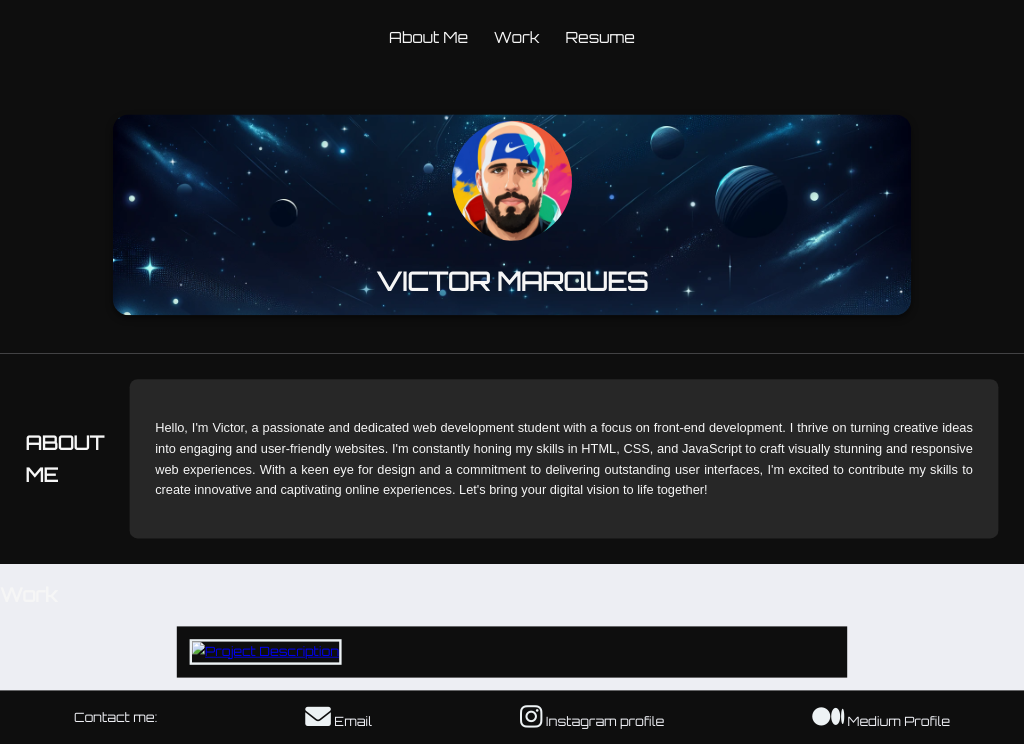
Repository: uvee35/Challenge2-Victor
Page: index.html
The author's editor kept a copy of each file at every save. The page is drawn from the files as they stood at one save, then again after the next save.
The browser window is 1280 px wide. The pictures show the whole page, at 80% of full size.

Above is the page before, as saved 2023-12-12 20:06:09.
Not found: Challenge2-Victor/assets/02-run-buddy.jpg

### index.html
<!DOCTYPE html>
<html lang="en-gb">
  <head>
    <meta charset="UTF-8" />
    <meta name="viewport" content="width=device-width, initial-scale=1.0" />
    <meta http-equiv="X-UA-Compatible" content="ie=edge" />
    <title>Victor Marques Portfolio</title>
    <link rel="stylesheet" href="assets/style.css" />
    <link
      href="https://cdnjs.cloudflare.com/ajax/libs/font-awesome/6.0.0-beta3/css/all.min.css"
      rel="stylesheet"
    />
    <link
      href="https://fonts.googleapis.com/css?family=Orbitron&display=swap"
      rel="stylesheet"
    />
  </head>

  <body>
    <header class="header">
      <nav class="header__nav">
        <ul class="nav__list">
          <li class="nav__item">
            <a href="#about-me" class="nav__link">About Me</a>
          </li>
          <li class="nav__item"><a href="#work" class="nav__link">Work</a></li>
          <li class="nav__item">
            <a href="#resume" class="nav__link">Resume</a>
          </li>
        </ul>
      </nav>
    </header>

    <section class="hero-banner">
      <div class="hero-banner__content">
        <img src="..///assets/victor.JPG" alt="Victor" class="about__image" />
        <h1>VICTOR MARQUES</h1>
      </div>
    </section>

    <main class="page-wrapper">
      <section id="about-me"></section>
      <section class="about-section">
        <h2 class="about-title">ABOUT ME</h2>
        <div class="about-box">
          <p class="about-me-text">
            Hello, I'm Victor, a passionate and dedicated web development
            student with a focus on front-end development. I thrive on turning
            creative ideas into engaging and user-friendly websites. I'm
            constantly honing my skills in HTML, CSS, and JavaScript to craft
            visually stunning and responsive web experiences. With a keen eye
            for design and a commitment to delivering outstanding user
            interfaces, I'm excited to contribute my skills to create innovative
            and captivating online experiences. Let's bring your digital vision
            to life together!
          </p>
        </div>
      </section>

      <section class="page-section" id="work">
        <h2>Work</h2>
        <div class="work__projects">
          <!-- Link wrapping the image -->
          <a href="your-destination-url" class="project project--featured">
            <img
              src="../Challenge2-Victor/assets/02-run-buddy.jpg"
              alt="Project Description"
              class="work__image"
            />
          </a>
          <!-- Repeat for other projects as necessary -->
        </div>
      </section>
    </main>

    <footer class="footer">
      <div class="footer__contact-info">
        <span class="footer__contact-header">Contact me: </span>
        <a href="mailto:victormarquesrina@hotmail.com" class="contact-link">
          <i class="fas fa-envelope social-icon"></i>
          <span>Email</span>
        </a>
        <a href="https://www.instagram.com/Uvee35" class="contact-link">
          <i class="fab fa-instagram social-icon"></i>
          <span>Instagram profile</span>
        </a>
        <a href="https://medium.com/@victor5.vm58" class="contact-link">
          <i class="fab fa-medium social-icon"></i>
          <span>Medium Profile</span>
        </a>
      </div>
    </footer>
  </body>
</html>

### assets/style.css
:root {
  --primary-color: #edeef3;
  --secondary-color: #0e0e0e;
  --accent-color: #edf2f4;
  --font-color: #f6f6f6;
  --font-family: 'Orbitron', sans-serif;
}

*,
*::before,
*::after {
  box-sizing: border-box;
}

body {
  font-family: var(--font-family);
  color: var(--font-color);
  background-color: var(--primary-color);
  line-height: 1.6;
  margin: 0;
  padding: 0;
  display: flex;
  flex-direction: column;
  min-height: 100vh;
}

.header {
  display: flex;
  justify-content: center; /* This will center the navigation items */
  align-items: center; /* This will vertically center the items if the header has a specific height */
  padding: 1rem;
  background-color: #0e0e0e;
}


.nav__list {
  display: flex;
  justify-content: center; /* Center the list items horizontally */
  align-items: center; /* Center the list items vertically */
  list-style: none;
  padding: 0; /* Remove default padding */
}


.nav__item {
  margin: 0 1rem;
}

.nav__link {
  color: var(--font-color);
  text-decoration: none;
  font-size: 1.2rem;
}

.hero-banner {
  padding: 1rem; /* Reduced padding */
  text-align: center; /* Center content */
  background-color: #0e0e0e;
}

.hero-banner__content {
  /* If you want to limit the width of the content area */
  max-width: 600px; /* Adjust as needed */
  margin: auto; /* Center the content area if max-width is set */
  background-image: url(..//assets/background.png);
  background-size: cover;
  background-position: center;
  padding: 0.5rem 0; /* Adjust the padding to resize the section */
  text-align: center;
  display: flex;
  flex-direction: column; /* Stack children vertically */
  align-items: center; /* Center-align children horizontally */
  justify-content: center; /* Center-align children vertically */
  border-radius: 20px; /* Add rounded corners */
  margin: 2rem; /* Add some margin around the section */
  box-shadow: 0 4px 8px rgba(0, 0, 0, 0.5); /* Optional: Add shadow for depth */
  width: 80%; /* Adjust width to your liking */
  max-width: 1200px; /* Optional: Set a max-width */
  margin-left: auto; /* Margins auto for center alignment */
  margin-right: auto;
}


.hero-banner h1 {
  font-size: 2rem; /* Smaller font size for the main heading */
  margin-bottom: 0.5rem; /* Adjust spacing as needed */

}




.about__image {
  width: 150px; /* New, smaller width */
  height: 150px; /* New, smaller height */
  border-radius: 50%; /* To keep the circular shape */
  object-fit: cover; /* To maintain aspect ratio */
}


.about-section {
  background-color: var(--secondary-color);
  padding: 2rem;
  display: flex;
  justify-content: space-between;
  align-items: center;

}

.about-title {
  color: var(--font-color);
  font-size: 1.5rem;
  margin-right: 2rem; /* Adjust space between title and box */
}

.about-box {
  flex-grow: 1;
  background: rgba(255, 255, 255, 0.1); /* Semi-transparent white */
  padding: 2rem;
  border-radius: 10px;
  color: var(--font-color);
  font-size: 1rem;
  text-align: justify;
  font-family: Arial, Helvetica, sans-serif;
}

.work__projects {
  display: flex;
  flex-wrap: wrap;
  gap: 1rem;
  justify-content: center;
}

.project {
  background-color: var(--secondary-color);
  padding: 1rem;
  width: calc(33.333% - 1rem);
  margin-bottom: 1rem;
}

.project--featured {
  width: calc(66.666% - 1rem);
}

.project img {
  max-width: 100%;
  height: auto;
  border: 3px solid var(--accent-color);
}

.footer {
  background-color: var(--secondary-color);
  color: var(--primary-color);
  text-align: center;
  padding: 1rem 0;
  display: flex;
  justify-content: space-around;
  align-items: center;
  margin-top: auto; /* Pushes the footer to the bottom */
}

.footer a {
  color: var(--primary-color);
  text-decoration: none;
}

.footer__contact-info {
  display: flex;
  justify-content: space-around;
  align-items: center;
  width: 100%;
}

.social-icon {
  font-size: 2rem;
  color: var(--accent-color);
}

/* Media Queries for Responsive Design */
@media (max-width: 768px) {
  .project {
    width: calc(50% - 1rem);
  }

  .project--featured {
    width: calc(66.666% - 1rem);
  }

  .about-box {
    width: 90%; /* Adjusted from 100% to 90% */
    padding: 1rem; /* Added padding for better readability */
  }

  .footer__contact-info {
    flex-direction: column; /* Stack contact info vertically */
    gap: 1rem; /* Add spacing between contact info items */
  }

  .social-icon {
    font-size: 2.5rem; /* Increased icon size for better visibility */
  }
}

@media (max-width: 480px) {
  .nav__list {
    flex-direction: column;
    align-items: center;
  }

  .nav__item {
    margin-bottom: 0.5rem;
  }

  .project,
  .project--featured {
    width: 100%;
  }

  .about-section {
    flex-direction: column;
    text-align: center;
  }
  .hero-banner__content{
    background-image: url(..//assets/background.png);
  }

  .about-title {
    margin: 0 0 1rem 0;
  }

  .about-box {
    padding: 1rem; /* Added padding for better readability */
  }

  .footer__contact-info {
    flex-direction: column; /* Stack contact info vertically */
    gap: 1rem; /* Add spacing between contact info items */
  }

  .social-icon {
    font-size: 2.5rem; /* Increased icon size for better visibility */
  }
}

After the next save:
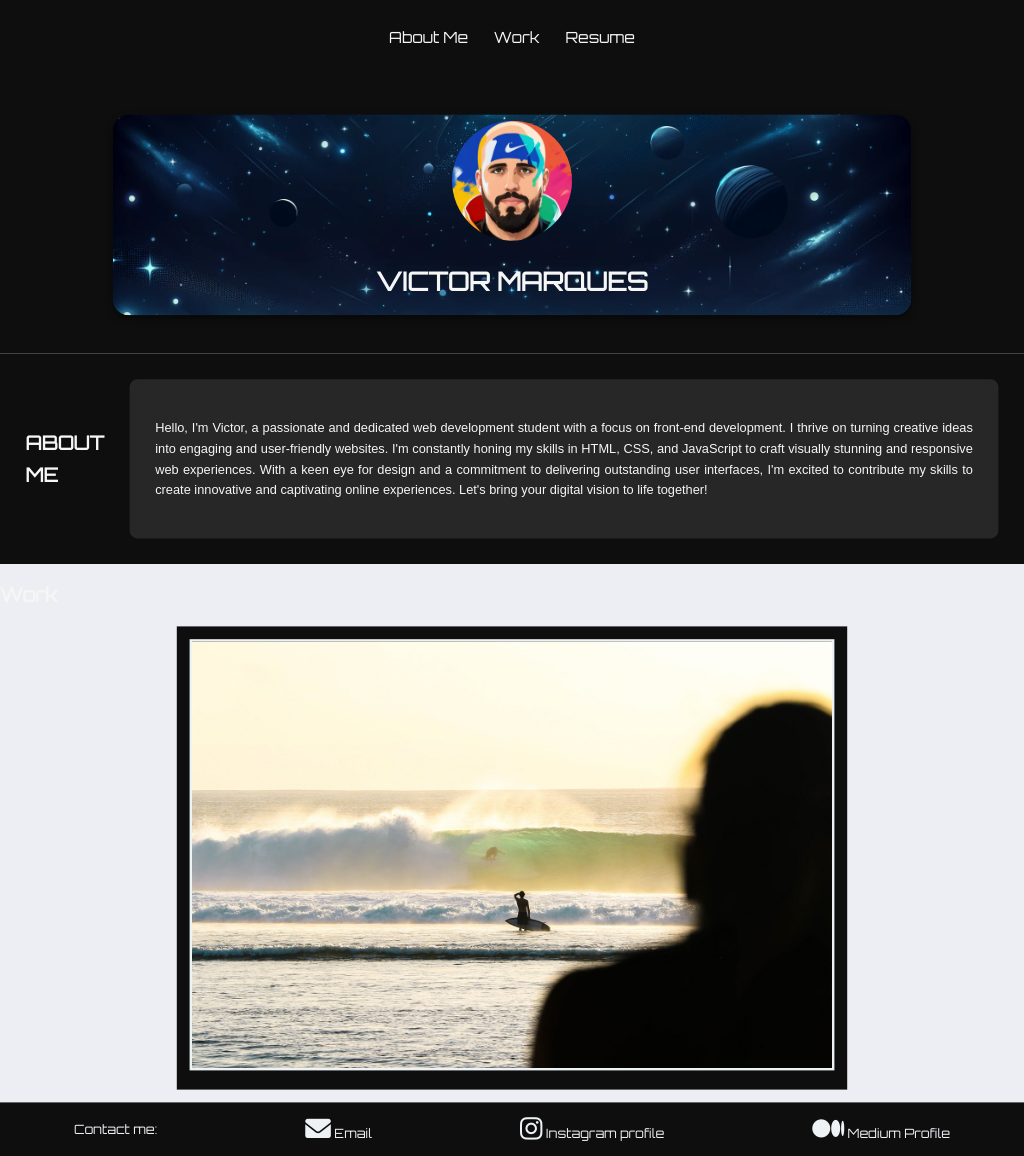
Saved 16 s later.
--- a/index.html
+++ b/index.html
@@ -63,7 +63,7 @@
           <!-- Link wrapping the image -->
           <a href="your-destination-url" class="project project--featured">
             <img
-              src="../Challenge2-Victor/assets/02-run-buddy.jpg"
+              src="./assets/02-portfolio-4.jpg"
               alt="Project Description"
               class="work__image"
             />
